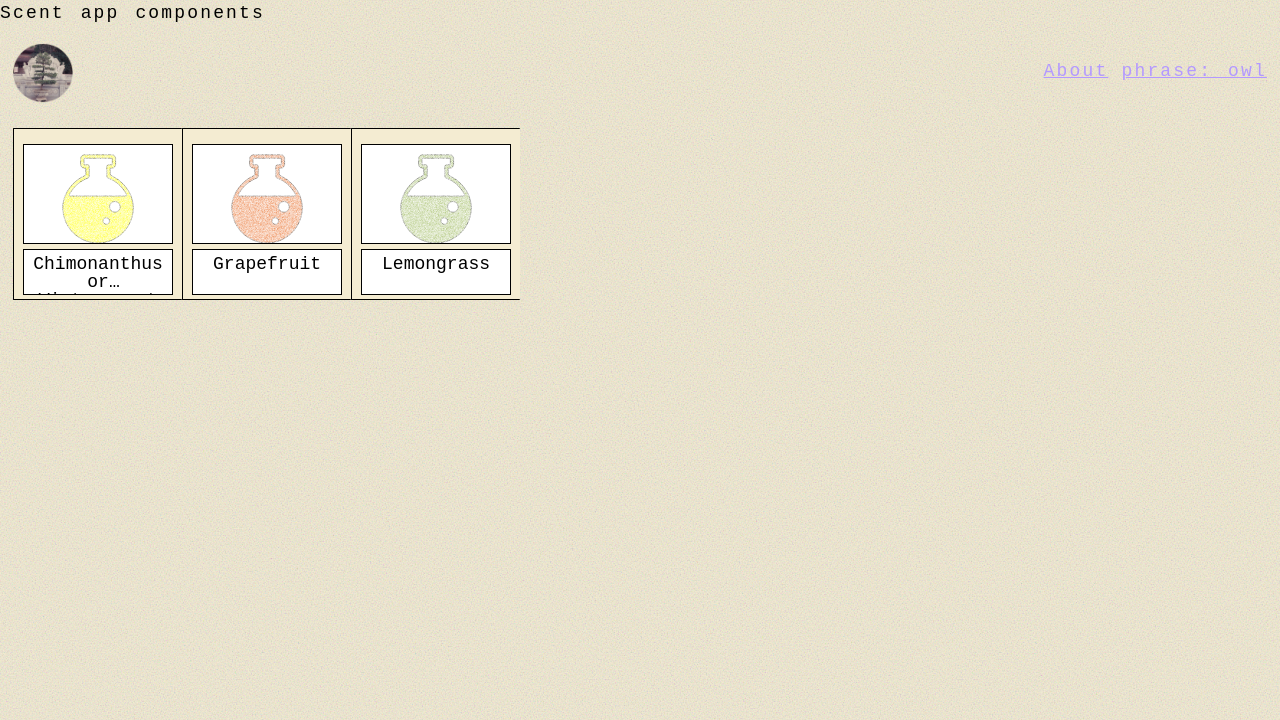
Repository: magiai/scent-app
Page: /
The author's editor kept a copy of each file at every save. The page is drawn from the files as they stood at one save, then again after the next save.
The browser window is 1280 px wide. The pictures show the whole page.
The project was rebuilt for these pictures with package versions that can differ from the ones it lists, and the page was loaded fresh each time. The framework's server and built-in components were replaced by stand-ins that run in the browser.

Above is the page before, as saved 2022-11-30 13:07:16.

### pages/_app.tsx

import { Provider } from 'react-redux';
import type { AppProps } from 'next/app';
import { store } from '../app/store';
import '../styles/variables.css';
import '../styles/global.css';

function MyApp({ Component, pageProps
}: AppProps) {
    return (
        <Provider store={store}>
            <Component {...pageProps} />
        </Provider>
    )
}

export default MyApp

### pages/_document.js
import { Html, Head, Main, NextScript } from "next/document";

export default function Document() {
    return (
        <Html lang="en">
        <Head>
            <meta charset="utf-8" />
            <meta httpEquiv="X-UA-Compatible" content="IE=edge" />
            <meta name=" theme-color" content="#fff" />
            <meta name="viewport" content="width=device-width, initial-scale=1" />
            <meta name="robots" content="noindex, nofollow" />

            <title key="title">Scent app components</title>
            <link rel="icon" href="/favicon.ico"></link>
            <meta name="description" content="Application description"></meta>

            <noscript>Scent app components</noscript>
        </Head>
        <body>
            <svg
                className="svg__background"
                width='100%'
                height='100%'
                viewBox='0 0 100 100' xmlns='http://www.w3.org/2000/svg'>
                <filter id='noiseFilter' x="-75%" y="-100%" width="250%" height="300%">
                    <feTurbulence
                                type='fractalNoise'
                                baseFrequency='5'
                                numOctaves='10'
                                seed="10"
                                stitchTiles='stitch'/>
                </filter>

                <rect width='100%' height='100%' filter='url(#noiseFilter)'/>
            </svg>
            <Main />
            <NextScript />
        </body>
    </Html>
    )
}

### pages/index.tsx
import Head from 'next/head';
import Layout from '../components/Layout';
import { Scent } from '../components/scent/Scent';

export default function Home() {
  return (
    <Layout>
      <Head>
        <title key="title">Home</title>
      </Head>

      <main>
        <Scent liquidColor="yellow"
            label = "Chimonanthus or Wintersweet" />
        <Scent liquidColor="#e9702c"
                label = "Grapefruit" />
        <Scent liquidColor="#9db95d"
                label = "Lemongrass" />
      </main>

    </Layout>
  )
}

### app/store.ts
import searchEngineReducer from '../components/search/searchSlice';

import {
    Action,
    configureStore,
    ThunkAction,
  } from '@reduxjs/toolkit';

  export const store = configureStore({
    reducer: {
        searchEngine: searchEngineReducer,
    },
  });

  export type AppDispatch = typeof store.dispatch;
  export type RootState = ReturnType<typeof store.getState>;
  export type AppThunk<ReturnType = void> = ThunkAction<
     ReturnType,
     RootState,
     unknown,
     Action<string>
   >;

### styles/variables.css
:root {
    --font-family--base: 'Courier New', Courier, monospace;;
    --color--white: white;
    --color--black: black;
    --color--transparent: rgba(0, 0, 0, 0);

    --hue--base: 255;
    --saturation--base: 100%;
    --lightness--base: 80%;
    --opacity--base: 1;
    --color--lighten: 5%;
    --color--darken: 10%;
    --color--primary: hsla(var(--hue--base), var(--saturation--base), var(--lightness--base), var(--opacity--base));
    --color--primary--active: hsla(var(--hue--base),
                                    var(--saturation--base),
                                    calc(var(--lightness--base) + var(--color--lighten)),
                                    var(--opacity--base));

    --hue--secondary: 46;
    --saturation--secondary: 61%;
    --lightness--secondary: 89%;
    --color--secondary: hsla(var(--hue--secondary), var(--saturation--secondary), var(--lightness--secondary), var(--opacity--base));
    --color--secondary--active: hsla(var(--hue--secondary),
                                var(--saturation--secondary),
                                calc(var(--lightness--secondary) + var(--color--lighten)),
                                var(--opacity--base));

    --hue--error: 360;
    --hue--success: 130;
    --hue--information: 230;
    --color--disabled: hsla(var(--hue--information), 0, calc(var(--lightness--base) - var(--color--darken)), var(--opacity--base));
    --color--information: hsla(var(--hue--information), var(--saturation--base), var(--lightness--base), var(--opacity--base));
    --color--success: hsla(var(--hue--success), var(--saturation--base), var(--lightness--base), var(--opacity--base));
    --color--error: hsla(var(--hue--error), var(--saturation--base), var(--lightness--base), var(--opacity--base));

    --background-color: var(--color--secondary);

    --spacing__ratio: 1.414;
    --spacing__ratio--desktop: 1.618;
    --space--base: 0.5rem;
    --space--xs: var(--space--base);
    --space--s: calc(var(--space--xs) * var(--spacing__ratio));
    --space--m: calc(var(--space--s) * var(--spacing__ratio));
    --space--l: calc(var(--space--m) * var(--spacing__ratio));
    --space--xl: calc(var(--space--l) * var(--spacing__ratio));

    --font-size__ratio: 1.20;
    --font-size__ratio--desktop: 1.333;
    --font-size--base: 1.8rem;
    --font-size--h4: calc(var(--font-size--base) * var(--font-size__ratio));
    --font-size--h3: calc(var(--font-size--h4) * var(--font-size__ratio));
    --font-size--h2: calc(var(--font-size--h3) * var(--font-size__ratio));
    --font-size--h1: calc(var(--font-size--h2) * var(--font-size__ratio));

    --input__height: 4rem;
    --input__border__width: 0.1rem;
    --input__border__style: solid;
    --input__border__color: var(--color--primary);
    --input__border: var(--input__border__width) var(--input__border__style) var(--input__border__color);
    --form-control__color: var(--color--secondary);
    --select__height: 3.4rem;
    --select--focus__color: var(--color--primary);
    --select__arrow__color: var(--input__border__color);

    --svg__button__width: 15rem;
    --svg__button__height: 10rem;
    --button__border__width: 0.1rem;
    --button--svg__label__height: 4.6rem;
}

@media only screen and (min-width: 768px) {
    :root {
        --font-size__ratio: var(--font-size__ratio--desktop);
        --spacing__ratio: var(--spacing__ratio--desktop);
    }
}

### styles/global.css
html {
    font-size: 62.5%;
}

*,
*:before,
*:after {
    box-sizing: border-box;
}

body {
    font-family: var(--font-family--base);
    font-size: var(--font-size--base);
    line-height: 1.5;
	letter-spacing: 0.12em;
	word-spacing: 0.16em;
    color: var(--color--black);
    background-color: var(--background-color);
    margin: 0;
    position: relative;
    min-height: 100vh;
}

@media (prefers-reduced-motion: reduce) {
	*,
	*::before,
	*::after {
		animation-duration: 0.01ms !important;
		animation-iteration-count: 1 !important;
		transition-duration: 0.01ms !important;
		scroll-behavior: auto !important;
	}
}

.svg__background {
	position: absolute;
	top: 0;
	left: 0;
	opacity: 0.4;
    z-index: -1;
}

p,
li,
h1, h2, h3, h4, h5 {
  overflow-wrap: break-word;
  hyphens: auto;
  margin-bottom: 0.65em;
}

h1 {
    font-size: var(--font-size--h1);
}

h2 {
    font-size: var(--font-size--h2);
}

h3 {
    font-size: var(--font-size--h3);
}

h4 {
    font-size: var(--font-size--h4);
}

h5 {
    font-size: var(--font-size--h5);
}

a {
    color: var(--color--primary);
    padding-top: var(--space--s);
    padding-bottom: var(--space--s);
}

a:hover, a:active, a:focus {
    color: var(--color--primary--active);
}

button {
    font-size: max(var(--font-size--base), 1em);
    font-family: inherit;
    padding: 0.25em 0.5em;
    background-color: var(--color--secondary);
    border-radius: 0.1rem;
    border: var(--button__border);
    line-height: 1;
}

### components/Layout.tsx
import React from 'react';
import Footer from './Footer';
import Header from './Header';
import styles from './layout.module.css'

export default function Layout({
  children,
  home
}: {
  children: React.ReactNode
  home?: boolean
}) {
    return (
        <div className = {styles.container}>
            <Header/>
            {children}
            {/* <Footer/> */}
        </div>
    );
}

### components/scent/Scent.tsx
import React from 'react';
import styles from './scent.module.css';
import { ScentImage } from './ScentImage';
import { ScentLabel } from './ScentLabel';

interface ScentProps {
    liquidColor: string;
    label: string;
  /**
   * Optional click handler
   */
  onClick?: () => void;
}

export const Scent = ({
    liquidColor,
    label,
    ...props
}: ScentProps) => {
    //check with useContext
    // const mode: string = visibleBottle ? 'bottle--visible' : 'bottle--hidden';

    return (
    <>
        <button
            type="button"
            className={ styles['button--scent'] }
            {...props}>

            <ScentImage liquidColor = { liquidColor } />
            <ScentLabel label = { label } />
        </button>
    </>
    );
};

### components/search/searchSlice.ts
import {
    createSlice,
    PayloadAction,
  } from '@reduxjs/toolkit';
  import type { RootState } from '../../app/store';

  export type SearchEngineState = {
    value: string;
  };

  const initialState: SearchEngineState = {
    value: 'owl',
  };

  export const searchEngineSlice = createSlice({
    name: 'searchEngine',
    initialState,

    reducers: {

      setSearchedPhrase: (state, action: PayloadAction<string>) => {
        state.value = action.payload;
      },
    },
  });

  export const {
    setSearchedPhrase,
  } = searchEngineSlice.actions;

  export const selectSearch = (state: RootState) => state.searchEngine.value;

  export default searchEngineSlice.reducer;

### components/Header.tsx
import Link from 'next/link';
import Image from 'next/image';
import styles from './header.module.css';
import { useAppSelector } from '../app/hooks';
import { selectSearch } from './../components/search/searchSlice';

export default function Header() {
    const selectPhrase = useAppSelector(selectSearch);

    return (
        <header className = {styles.header}>
            <nav className = {styles.navigation}>
                <Link href="/">
                    <a>
                        <Image
                            src = "/images/logo.png"
                            height = {60}
                            width = {60}
                            alt = "Logo"
                        />
                    </a>
                </Link>
                <ul className = { styles.navigationList }>
                    <li>
                        <Link href="/about">
                            <a>About</a>
                        </Link>
                    </li>
                    <li>
                        <Link href="/about">
                            <a>phrase: {selectPhrase} </a>
                        </Link>
                    </li>
                </ul>
            </nav>
        </header>
    );
}

### components/layout.module.css
.container {
    padding-left: var(--space--m);
    padding-right: var(--space--m);
}

### components/scent/scent.module.css
/* :root {
    --svg__button__width: 15rem;
    --svg__button__height: 10rem;
    --button__border__width: 0.1rem;
    --button--svg__label__height: 4.6rem;
} */


.svg--bottle,
.button--scent {
    border-top-width: var(--button__border__width);
    border-left-width: var(--button__border__width);
    border-bottom-width: var(--button__border__width);
    border-color: black;
    border-style: solid;
}

.button--scent {
    border-right-width: 0rem;
    color: black;
    transition-property: transform;
    transition-duration: 250ms;
    transition-timing-function: ease-out;
}

.button--scent:active,
.button--scent:focus,
.button--scent:hover {
    background-color: rgba(87, 69, 58, 0.7);
}

svg.svg--bottle {
    display: flex;
    width: var(--svg__button__width);
    height: var(--svg__button__height);
    margin-top: 1rem;
    background-color: white;
    border-right-width: var(--button__border__width);
}

#bottle__path {
    stroke: black;
    stroke-width: 0.3rem;
    transform-origin: bottom center;
    transform: scale(0.9);
}

.button--scent:active #bottle__path,
.button--scent:focus #bottle__path,
.button--scent:hover #bottle__path {
    transform: rotateZ(20deg) translateX(0%) translateY(-3%) scale(0.9);
}

.button--svg__label {
    border: 1px solid black;
    height: var(--button--svg__label__height);
    width: var(--svg__button__width);
    margin-top: var(--space--xs);
    background-color: white;
    display: -webkit-box;
    -webkit-line-clamp: 2;
    -webkit-box-orient: vertical;
    overflow: hidden;
    padding-top: var(--space--xs);
    padding-bottom: calc(var(--space--xs) / 2);
    /* text-shadow: 0px 0px 0.2rem black, -0.05rem -0.05rem 0.02rem; */
    transition-property: height;
    transition-duration: 200ms;
    transition-timing-function: ease-in;
}

.button--scent:hover .button--svg__label {
    height: auto;
    min-height: var(--button--svg__label__height);
    overflow: visible;
    -webkit-line-clamp: 5;
}

### components/scent/ScentImage.tsx
import React from 'react';
import styles from './scent.module.css';

interface ScentImageProps {
    liquidColor: string;
}

export const ScentImage = ({
    liquidColor
}: ScentImageProps) => {
    //check with useContext
    // const mode: string = visibleBottle ? 'bottle--visible' : 'bottle--hidden';

    return (
            <svg
                className={ styles['svg--bottle'] }
                xmlns="http://www.w3.org/2000/svg"
                version="1.1"
                x="0px"
                y="0px"
                viewBox="0 0 362.664 362.664">

                <filter id='noiseFilter' x="-10%" y="-10%" width="120%" height="120%">
                    <feTurbulence
                        type='fractalNoise'
                        baseFrequency='5'
                        numOctaves='10'
                        seed="10"
                        stitchTiles='stitch'
                    />
                </filter>

                <mask id="gradient-mask">
                    <rect width='100%' height='100%' filter='url(#noiseFilter)'/>
                </mask>

                <path id={ styles['bottle__path'] }
                    fill={ liquidColor }
                    d="M326.197,217.684c0-14.664-2.472-29.243-7.346-43.334l-1.63-4.711h-0.119c-4.807-12.383-11.477-24.266-19.923-35.369     c-16.07-21.126-37.974-38.302-62.301-48.985c-1.015-0.446-3.057-1.059-3.057-4.892l-0.392-25.177h6.549     c8.759,0,15.886-7.126,15.886-15.885V15.886C253.864,7.127,246.738,0,237.978,0H125.686c-8.759,0-15.885,7.127-15.885,15.886     v23.445c0,8.759,7.126,15.885,15.885,15.885h5.625L131.23,80.06c0,3.75-2.221,4.689-3.323,5.172     c-24.308,10.644-46.197,27.762-62.283,48.842c-8.515,11.159-15.232,23.107-20.067,35.564h-0.119l-1.629,4.712     c-4.872,14.089-7.342,28.668-7.342,43.333c0,0.018,0,0.036,0,0.053c0,0.021,0,0.042,0,0.063     c0,79.879,64.986,144.865,144.865,144.865s144.865-64.986,144.865-144.865c0-0.021,0-0.042,0-0.063     C326.197,217.72,326.197,217.702,326.197,217.684z M202.109,272.231c0-7.348,5.957-13.305,13.305-13.305     s13.305,5.957,13.305,13.305s-5.957,13.305-13.305,13.305S202.109,279.579,202.109,272.231z M228.718,213.922     c0-12.15,9.85-22,22-22s22,9.85,22,22s-9.85,22-22,22S228.718,226.072,228.718,213.922z M140.66,95.165     c0,0,4.543-2.022,4.543-7.522c0-9.792,0.127-27.917,0.127-39.166c0-7.5-6.831-7.261-6.831-7.261h-12.813     c-1.022,0-1.885-0.863-1.885-1.885V15.886c0-1.022,0.863-1.886,1.885-1.886h112.292c1.022,0,1.886,0.864,1.886,1.886v23.445     c0,1.022-0.864,1.885-1.886,1.885h-13.146c0,0-7.473,0.552-7.473,8.929c0,10.874,0.592,28.679,0.592,38.241     c0,5.757,4.469,6.934,4.469,6.934c32.593,12.269,59.116,36.124,74.668,64.853c1.679,3.102,4.577,9.466-4.089,9.466h-225.5     c-6.833,0-3.513-6.596-1.764-9.807C81.372,131.122,107.979,107.339,140.66,95.165z"
                    mask='url(#gradient-mask)'></path>
            </svg>
    );
};

### components/scent/ScentLabel.tsx
import React from 'react';
import styles from './scent.module.css';

interface ScentLabelProps {
    label: string;
}

export const ScentLabel = ({
    label
}: ScentLabelProps) => {

    return (
        <span className={ styles['button--svg__label'] }>{ label }</span>
    );
};

### components/header.module.css
.header {
    padding-top: var(--space--s);
    padding-bottom: var(--space--s);
}

.navigation {
    width: 100%;
    display: flex;
    flex-direction: row;
    justify-content: space-between;
    align-items: center;
}

.navigationList {
    display: flex;
}

.navigationList li {
    list-style: none;
}

.navigationList li:not(:last-of-type) {
    margin-right: var(--space--m);
}

### app/hooks.ts
import {
    TypedUseSelectorHook,
    useDispatch,
    useSelector,
  } from 'react-redux';
  import type {
    AppDispatch,
    RootState,
  } from './store';

  export const useAppDispatch = () => useDispatch<AppDispatch>();
  export const useAppSelector: TypedUseSelectorHook<RootState> = useSelector;

After the next save:
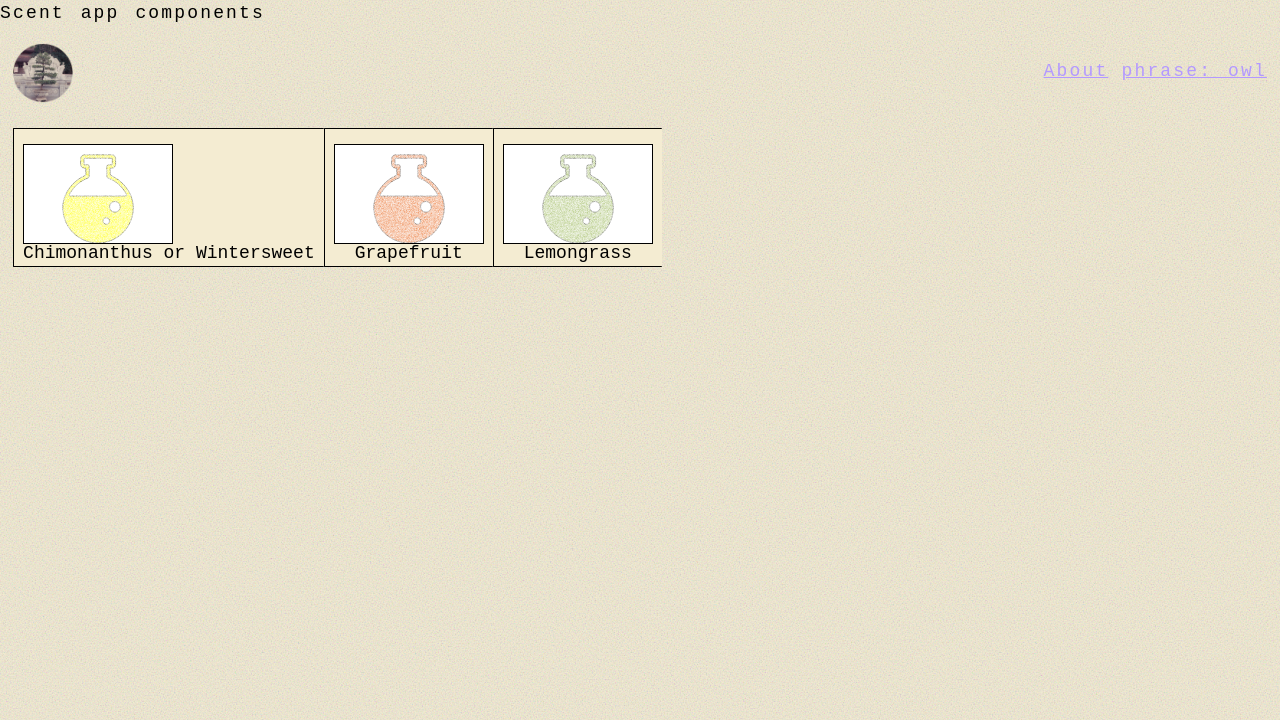
Saved 26 s later.
--- a/components/scent/ScentLabel.tsx
+++ b/components/scent/ScentLabel.tsx
@@ -1,5 +1,5 @@
 import React from 'react';
-import styles from './scent.module.css';
+// import styles from './scent.module.css';
 
 interface ScentLabelProps {
     label: string;
@@ -10,6 +10,6 @@
 }: ScentLabelProps) => {
 
     return (
-        <span className={ styles['button--svg__label'] }>{ label }</span>
+        <span className="button--svg__label">{ label }</span>
     );
 };

After the save that followed:
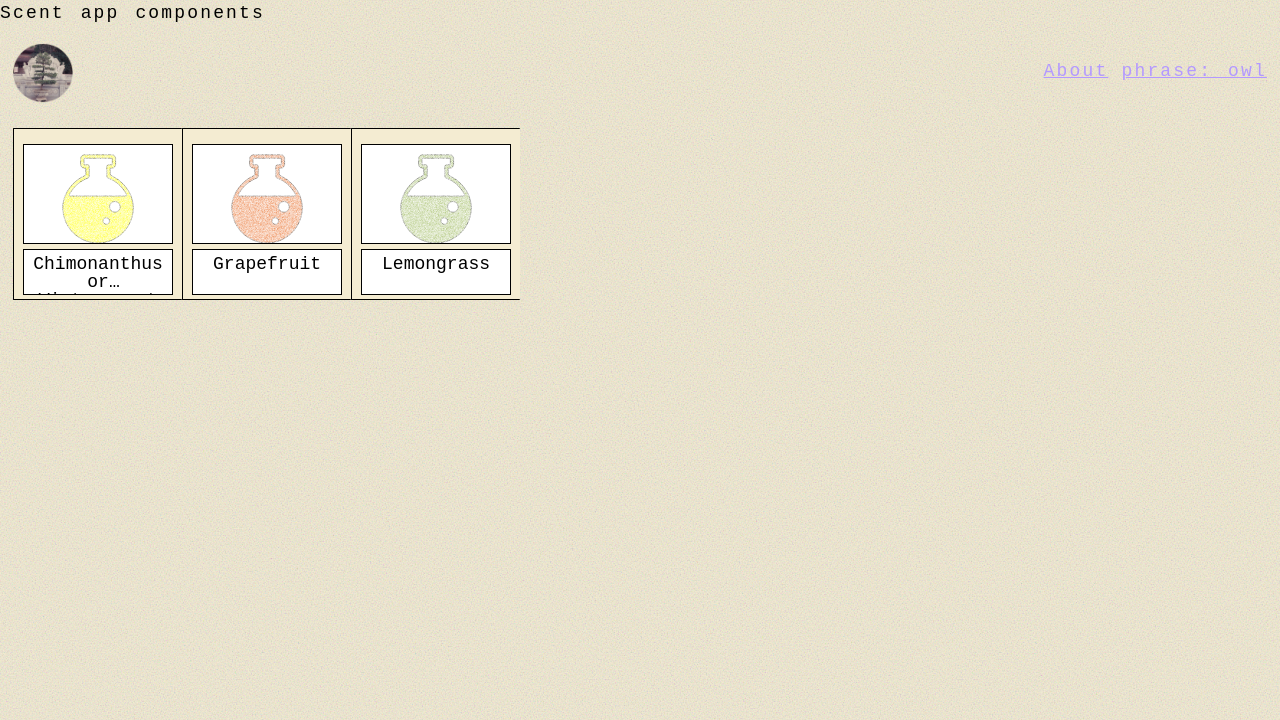
Saved 11 s later.
--- a/components/scent/ScentLabel.tsx
+++ b/components/scent/ScentLabel.tsx
@@ -1,5 +1,5 @@
 import React from 'react';
-// import styles from './scent.module.css';
+import styles from './scent.module.css';
 
 interface ScentLabelProps {
     label: string;
@@ -10,6 +10,6 @@
 }: ScentLabelProps) => {
 
     return (
-        <span className="button--svg__label">{ label }</span>
+        <span className={ styles['button--svg__label'] }>{ label }</span>
     );
 };
